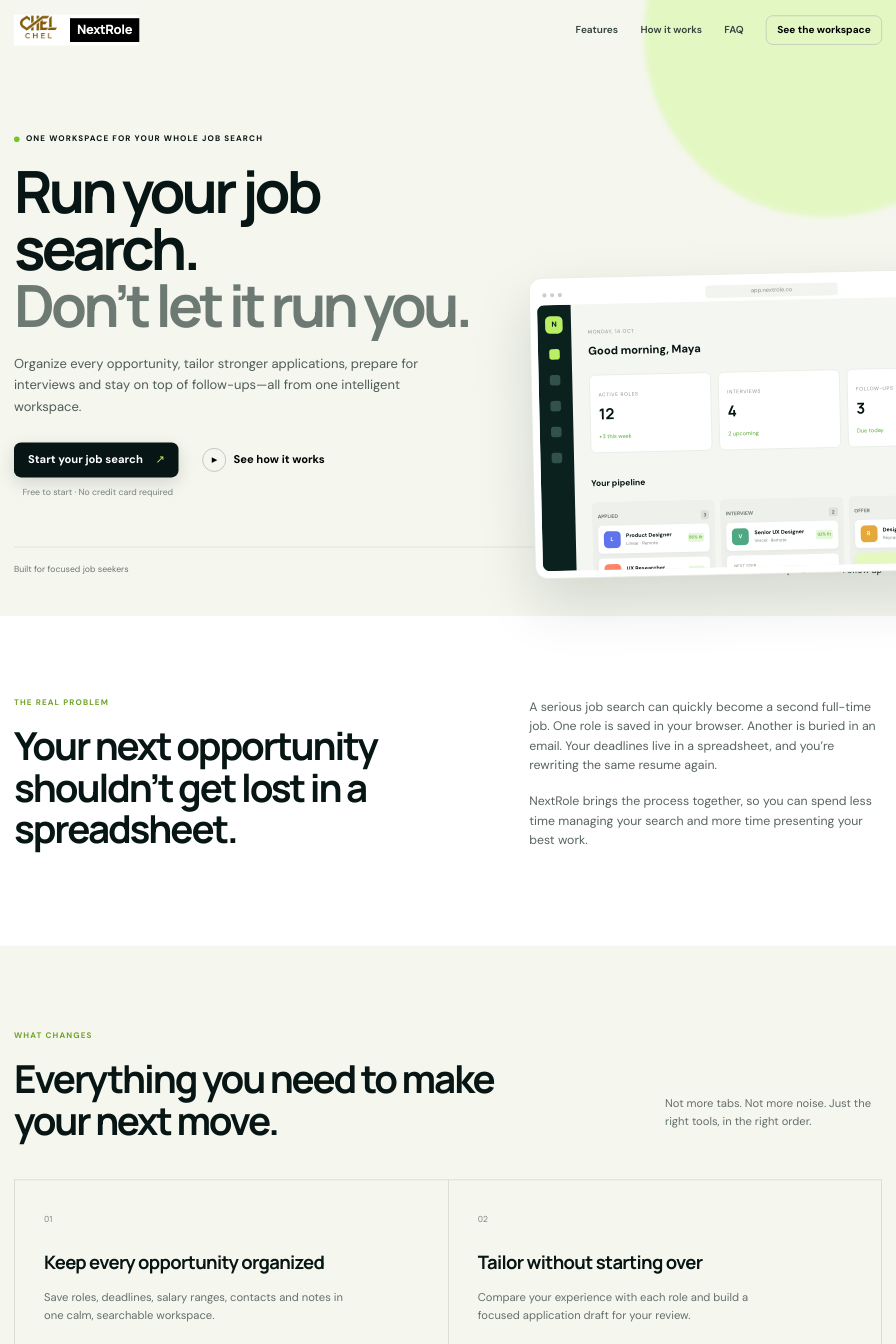
Repository: Lovethrech/NextRole-Nuxt-Portfolio
Page: /
These files come from the project's save history. The page is drawn as it stood at one moment and after the next save; the edit follows.
The browser window is 1280 px wide. The pictures show the part of the page from y = 0 to 1920 px (the page is 5240 px tall), at 70% of full size.
The project was rebuilt for these pictures with package versions that can differ from the ones it lists, and the page was loaded fresh each time. The framework's server and built-in components were replaced by stand-ins that run in the browser. Also part of the build but not shown: nuxt.config.js.

Above is the page before, as saved 2026-09-12 16:33:30.

### assets/css/main.css
:root{
    --ink:#071514;
    --deep:#0d2421;
    --green:#b9ef63;
    --mint:#ddffc8;
    --paper:#f5f6ee;
    --white:#fff;
    --line:#d9ddd1;
    --muted:#65706c;
    --orange:#ff8a61;
    --blue:#6579ff;
    font-family:'DM Sans',sans-serif;
    color:var(--ink);
    background:var(--paper);
    font-synthesis:none;
}
*{
    box-sizing:border-box;
}
html{
    scroll-behavior:smooth;
}
body{
    margin:0;
    padding: 0;
    background:var(--paper);
    font-size:16px;
    line-height:1.6;
}
button,a{
    font:inherit;
}
button{
    cursor:pointer;
}
a{
    color:inherit;
    text-decoration:none;
}
.container{
    width:min(1580px,calc(100% - 40px));
    margin-inline:auto;
}
.site-shell{
    overflow:hidden;
}
.nav-wrap{
    position:absolute;
    inset:0 0 auto;
    z-index:20;
}
.nav{
    height:86px;
    display:flex;
    align-items:center;
    justify-content:space-between;
}
/* BRAND LOGO */
/* START */
.brand-logo-ctn{
    width: 70px;
}
.brand-logo-ctn img{
    width:100%;
}
#brand-sub-name{
    margin:auto 0;
    padding:2px 10px;
    background-color: #000000;
    color:#ffffff;
}

/* END */
.brand{
    background-color: #ffffff;
    display:flex;
    align-items:center;
    gap:10px;
    font-family:Manrope,sans-serif;
    font-weight:800;
    font-size:1.15rem;
    letter-spacing:-.03em;
}
.brand-mark{
    width:32px;
    height:32px;
    border-radius:9px;
    background:var(--ink);
    color:var(--green);
    display:grid;
    place-items:center;
    font-size:.9rem;
}
.nav-links{
    display:flex;
    align-items:center;
    gap:32px;
    font-weight:600;
    font-size:.9rem;
}
.nav-links>a{
    color:#33423f;
}
.button{
    border:0;
    display:inline-flex;
    align-items:center;
    justify-content:center;
    gap:18px;
    border-radius:10px;
    padding:15px 20px;
    font-weight:700;
    line-height:1.2;
    transition:transform .2s,box-shadow .2s;
}
.button:hover{
    transform:translateY(-2px);
}
.button-small{
    padding:11px 15px;
}
.button-ghost{
    border:1px solid #b9c0b5;
    background:transparent;
}
.button-primary{
    background:var(--ink);
    color:#fff;
    box-shadow:0 8px 24px #07151424;
}
.button-primary span,.button-light span{
    color:var(--green);
}
.button-light{
    background:#fff;
    color:var(--ink);
}
.menu-button{
    display:none;
}
.hero{
    min-height:880px;
    padding-top:178px;
    position:relative;
}
.hero:before{
    content:'';
    position:absolute;
    width:520px;
    height:520px;
    border-radius:50%;
    background:#dff8b9;
    filter:blur(4px);
    right:-180px;
    top:-210px;
    opacity:.8;
}
.hero-copy{
    width:56%;
    position:relative;
    z-index:2;
}
.eyebrow,.section-kicker{
    font-size:.72rem;
    font-weight:800;
    letter-spacing:.14em;
    text-transform:uppercase;
    display:flex;
    align-items:center;
    gap:9px;
}
.eyebrow span{
    width:8px;
    height:8px;
    border-radius:50%;
    background:#75c525;
}
.hero h1{
    font-family:Manrope,sans-serif;
    font-size:clamp(3.4rem,6.5vw,6.15rem);
    line-height:.98;
    letter-spacing:-.065em;
    margin:24px 0 28px;
    font-weight:700;
}
.hero h1 em{
    font-style:normal;
    color:#6d7a74;
}
.hero-lede{
    font-size:1.16rem;
    line-height:1.65;
    color:#4e5d58;
    max-width:630px;
}
.hero-actions{
    display:flex;
    align-items:center;
    gap:28px;
    margin-top:36px;
}
.text-link{
    border:0;
    background:none;
    font-weight:700;
    display:flex;
    align-items:center;
    gap:10px;
}
.play{
    border:1px solid #aeb6ac;
    border-radius:50%;
    width:34px;
    height:34px;
    display:grid;
    place-items:center;
    font-size:.65rem;
}
.microcopy{
    font-size:.78rem;
    color:#77817d;
    margin:12px 0 0 12px;
}
.dashboard-frame{
    position:absolute;
    z-index:3;
    width:660px;
    right:-160px;
    top:390px;
    background:#fff;
    padding:10px;
    border-radius:18px;
    box-shadow:0 35px 80px #0c2b2226;
    transform:rotate(-1.3deg);
    border:1px solid #e5e9df;
}
.frame-bar{
    height:28px;
    display:flex;
    align-items:center;
    gap:5px;
    padding:0 8px;
}
.frame-bar span{
    width:6px;
    height:6px;
    background:#cad0c7;
    border-radius:50%;
}
.frame-bar p{
    font-size:.52rem;
    background:#f2f4ef;
    color:#8b948f;
    padding:2px 65px;
    border-radius:4px;
    margin:auto;
}
.dash{
    height:380px;
    display:flex;
    background:#f4f6f1;
    border-radius:10px;
    overflow:hidden
}
.dash-side{
    width:52px;
    background:#0b211e;
    display:flex;
    flex-direction:column;
    align-items:center;
    gap:22px;
    padding-top:16px;
}
.mini-brand{
    width:25px;
    height:25px;
    border-radius:7px;
    background:var(--green);
    display:grid;
    place-items:center;
    font-size:.65rem;
}
.dash-side i{
    width:15px;
    height:15px;
    border-radius:4px;
    background:#33514b;
}
.dash-side i.active{
    background:var(--green);
}
.dash-main{
    padding:24px;
    width:100%;
}
.dash-top{
    display:flex;
    justify-content:space-between;
    align-items:center;
}
.dash-top small,.stat-grid small{
    font-size:.45rem;
    letter-spacing:.11em;
    color:#88918d;
}
.dash-top h3{
    font-size:1rem;
    margin:4px 0;
}
.avatar{
    width:30px;
    height:30px;
    border-radius:50%;
    background:#e4c6a5;
    display:grid;
    place-items:center;
    font-size:.55rem;
    font-weight:800;
}
.stat-grid{
    display:grid;
    grid-template-columns:repeat(3,1fr);
    gap:10px;
    margin:18px 0
}
.stat-grid>div{
    padding:12px;
    border-radius:8px;
    background:#fff;
    border:1px solid #e4e8e1;
}
.stat-grid strong{
    display:block;
    font-family:Manrope;
    font-size:1.35rem;
}
.stat-grid span{
    font-size:.5rem;
    color:#59a733;
}
.pipeline-head{
    display:flex;
    justify-content:space-between;
    align-items:center;
}
.pipeline-head h4{
    font-size:.76rem;
}
.pipeline-head button{
    font-size:.55rem;
    border:0;
    background:#0b211e;
    color:white;
    padding:6px 9px;
    border-radius:5px;
}
.pipeline{
    display:grid;
    grid-template-columns:repeat(3,1fr);
    gap:8px;
}
.lane{
    background:#edf0eb;border-radius:7px;padding:8px}.lane>p{font-size:.45rem;font-weight:800;color:#6b7570
}
.lane>p b{
    float:right;
    background:#dce2da;
    padding:1px 4px;
    border-radius:3px;
}
.lane article{
    background:#fff;
    padding:8px;
    margin-top:7px;
    border-radius:6px;
    display:grid;
    grid-template-columns:26px 1fr auto;
    gap:6px;
    align-items:center;
    box-shadow:0 2px 7px #1933290b;
}
.company-icon{width:24px;height:24px;display:grid;place-items:center;border-radius:6px;font-size:.5rem;font-weight:800;color:white;
}.cobalt{background:#5f73ed;
}.coral{background:#ff8567;
}.mint{background:#4fa884;
}.gold{background:#e5a83a;
}.lane article strong{font-size:.48rem;display:block;
}.lane article small{font-size:.4rem;color:#7f8984;display:block;
}.lane article mark{font-size:.38rem;background:#e5f8d7;color:#55982d;border-radius:3px;padding:2px;
}.lane article.task,.lane article.celebrate{display:block;padding:10px;
}.lane .task span{font-size:.42rem;color:#dd6d49;
}.lane .celebrate{background:#e4f8bf;
}.lane .celebrate>span{font-size:.9rem;color:#62a329;
}
.hero-proof{
    position:absolute;
    bottom:56px;
    left:0;
    right:0;
    border-top:1px solid var(--line);
    padding-top:22px;
    display:flex;
    justify-content:space-between;
    color:#6d7873;
    font-size:.78rem;
}
.hero-proof p{display:flex;align-items:center;gap:24px;margin:0;
}
.hero-proof b{font-family:Manrope;color:#4a5853;
}
.hero-proof i{width:4px;height:4px;background:#9aa49f;border-radius:50%;
}
.problem-section{background:#fff;padding:115px 0;
}
.problem-grid{display:grid;grid-template-columns:1.1fr .9fr;gap:120px;
}
.section-kicker{color:#71a22a;margin:0 0 22px;
}
.problem-grid h2,.section-heading h2,.how-copy h2,.control-copy h2,.faq h2,.final-cta h2{font-family:Manrope;font-size:clamp(2.3rem,4.3vw,4.5rem);line-height:1.08;letter-spacing:-.055em;margin:0;
}
.problem-copy{font-size:1.1rem;color:#58645f;
}
.problem-copy p{margin:0 0 22px;
}
.features{padding:120px 0;
}
.section-heading{display:flex;justify-content:space-between;align-items:end;margin-bottom:55px;
}
.section-heading h2{max-width:710px;
}
.section-heading>p{max-width:310px;color:#65706c;
}
.benefit-grid{display:grid;grid-template-columns:repeat(2,1fr);border-top:1px solid #cfd5cb;border-left:1px solid #cfd5cb;
}
.benefit-card{min-height:315px;padding:42px;border-right:1px solid #cfd5cb;border-bottom:1px solid #cfd5cb;position:relative;transition:background .25s,transform .25s;
}
.benefit-card:hover{background:#fff;transform:translateY(-3px);
}
.benefit-card>span{font-family:Manrope;font-size:.75rem;color:#89928e;
}
.benefit-card h3{font-family:Manrope;font-size:1.65rem;letter-spacing:-.035em;margin:28px 0 12px;
}
.benefit-card p{color:#65706c;max-width:440px;
}
.benefit-card strong{position:absolute;bottom:38px;color:#3f6c18;font-size:.85rem;
}
.how-section{background:var(--deep);color:#fff;padding:120px 0;
}
.how-grid{display:grid;grid-template-columns:.85fr 1.15fr;gap:130px;
}
.section-kicker.light{color:var(--green);
}
.how-copy>p:not(.section-kicker){color:#afbfba;font-size:1.05rem;max-width:430px;margin:26px 0 36px;
}
.steps{list-style:none;padding:0;margin:0;
}
.steps li{display:grid;grid-template-columns:60px 1fr;gap:20px;border-top:1px solid #35504b;padding:27px 0;
}
.steps li:last-child{border-bottom:1px solid #35504b;
}
.steps>li>span{color:var(--green);font:700 .75rem Manrope;
}
.steps h3{font:700 1.25rem Manrope;margin:0 0 6px;
}
.steps p{color:#9fb1ab;margin:0;
}
.control{padding:120px 0;
}
.control-card{background:#fff;border-radius:24px;display:grid;grid-template-columns:1fr 1fr;overflow:hidden;box-shadow:0 22px 60px #1a35250c;
}
.control-visual{background:#dff3bf;min-height:560px;display:grid;place-items:center;padding:50px;
}
.document{width:330px;background:white;border-radius:12px;padding:32px;box-shadow:0 25px 50px #4167222c;transform:rotate(-2deg);
}
.doc-label{font-size:.55rem;letter-spacing:.14em;font-weight:800;
}
.document>i{height:7px;background:#e6eae3;border-radius:4px;display:block;margin-top:17px;
}
.document>i.short{width:60%;
}
.document>i.medium{width:80%;
}
.suggestion{display:flex;gap:12px;background:#f3fae9;border:1px solid #cce9a6;padding:14px;border-radius:8px;margin:22px -12px;
}
.suggestion b{color:#599825;
}
.suggestion p{margin:0;
}
.suggestion strong{font-size:.72rem;display:block;
}
.suggestion small{font-size:.6rem;color:#6c776f;
}
.control-copy{padding:70px;display:flex;flex-direction:column;justify-content:center;
}
.control-copy>p:not(.section-kicker){color:#66716c;font-size:1.05rem;
}
.control-copy ul{list-style:none;padding:0;margin:18px 0 0;
}
.control-copy li{padding:12px 0;border-top:1px solid #e4e8e0;font-weight:600;
}
.control-copy li:before{content:'✓';display:inline-grid;place-items:center;margin-right:12px;width:23px;height:23px;border-radius:50%;background:#e5f7cd;color:#4e861e;font-size:.75rem;
}
.faq{padding:40px 0 120px;display:grid;grid-template-columns:.75fr 1.25fr;gap:120px;
}
.faq h2{font-size:3.2rem;
}
.accordion details{border-top:1px solid #cdd3ca;padding:24px 0;
}
.accordion details:last-child{border-bottom:1px solid #cdd3ca;
}
.accordion summary{list-style:none;font:700 1.05rem Manrope;display:flex;justify-content:space-between;cursor:pointer;
}
.accordion summary::-webkit-details-marker{display:none;
}
.accordion summary span{font-size:1.4rem;font-weight:400;
}
.accordion details[open] summary span{transform:rotate(45deg);
}
.accordion details p{color:#64706a;max-width:620px;margin:16px 40px 0 0;
}
.final-cta{background:#102c28;color:#fff;border-radius:28px;min-height:500px;padding:75px;display:grid;grid-template-columns:1.1fr .9fr;align-items:center;position:relative;overflow:hidden;
}
.final-cta h2{max-width:700px;
}
.final-cta p{color:#b2c0bc;
}
.final-cta small{display:block;color:#8ca19b;margin:12px;
}
.final-cta .button{margin-top:15px;
}
.orbit{height:350px;position:relative;display:grid;place-items:center;
}
.orbit span{position:absolute;border:1px solid #54716a;border-radius:50%;
}
.orbit-one{width:290px;height:290px;
}
.orbit-two{width:200px;height:200px;
}
.orbit b{width:95px;height:95px;border-radius:26px;background:var(--green);color:var(--deep);display:grid;place-items:center;font:800 2.2rem Manrope;box-shadow:0 0 70px #b9ef6352;
}
.footer{min-height:140px;display:flex;align-items:center;justify-content:space-between;gap:30px;font-size:.75rem;color:#79827e;
}
.footer p{max-width:480px;text-align:center;
}
.modal-backdrop{position:fixed;inset:0;background:#061411cc;backdrop-filter:blur(8px);z-index:50;display:grid;place-items:center;padding:20px;
}
.modal{width:min(550px,100%);background:var(--paper);border-radius:22px;padding:44px;position:relative;
}
.modal h2{font:700 2.25rem/1.1 Manrope;letter-spacing:-.05em;margin:0;
}
.modal>p:not(.section-kicker){color:#63706a;
}
.modal-close{position:absolute;right:20px;top:15px;border:0;background:none;font-size:2rem;
}
.modal-list{margin:28px 0;
}
.modal-list>span{float:left;color:#6b9c2a;font:bold .7rem Manrope;margin-top:5px;
}
.modal-list p{margin:0 0 18px 35px;
}
.modal-list b,.modal-list small{display:block;
}
.modal-list small{color:#68746e;
}
.fade-enter-active,.fade-leave-active{transition:opacity .2s;
}
.fade-enter-from,.fade-leave-to{opacity:0;
}

@media(max-width:900px){
    .nav-wrap{position:absolute;
    }
    .menu-button{display:flex;flex-direction:column;gap:5px;border:0;background:none;padding:10px;
    }
    .menu-button span{width:23px;height:2px;background:var(--ink);
    }
    .nav-links{display:none;position:absolute;top:72px;left:20px;right:20px;background:white;padding:24px;border-radius:14px;box-shadow:0 20px 50px #172c2424;flex-direction:column;align-items:stretch;
    }
    .nav-links.open{display:flex;
    }
    .hero{padding-top:145px;min-height:auto;padding-bottom:80px;
    }
    .hero-copy{width:100%;
    }
    .hero h1{font-size:clamp(3rem,11vw,5rem);
    }
    .dashboard-frame{position:relative;top:auto;right:auto;width:100%;margin-top:55px;transform:none;
    }
    .hero-proof{position:relative;bottom:auto;margin-top:50px;
    }
    .problem-grid,.how-grid,.faq{grid-template-columns:1fr;gap:50px;
    }
    .section-heading{display:block;
    }
    .benefit-grid{grid-template-columns:1fr;
    }
    .control-card{grid-template-columns:1fr;
    }
    .control-visual{min-height:420px;
    }
    .final-cta{grid-template-columns:1fr;
    }
    .orbit{display:none;
    }
    .footer{flex-direction:column;text-align:center;padding:50px 0;
    }
}

@media(max-width:600px){
    .container{width:min(100% - 28px,1180px);
    }
    .hero h1{font-size:3.25rem;
    }
    .hero-actions{align-items:flex-start;flex-direction:column;gap:18px;
    }
    .dashboard-frame{width:720px;transform:scale(.47);transform-origin:top left;margin-bottom:-200px;
    }
    .hero-proof{display:block;
    }
    .hero-proof p{margin-top:12px;gap:12px;flex-wrap:wrap;
    }
    .problem-section,.features,.how-section,.control{padding:80px 0;
    }
    .problem-grid h2,.section-heading h2,.how-copy h2,.control-copy h2,.faq h2,.final-cta h2{font-size:2.45rem;
    }
    .benefit-card{padding:28px;min-height:300px;
    }
    .how-grid{gap:55px;
    }
    .control-visual{padding:30px;min-height:380px;
    }
    .document{width:280px;
    }
    .control-copy{padding:38px 28px;
    }
    .faq{padding:10px 0 80px;gap:40px;
    }
    .final-cta{padding:48px 26px;min-height:520px;border-radius:20px;
    }
    .footer{align-items:center;
    }
    .modal{padding:36px 24px;
    }
    .modal h2{font-size:2rem;
    }
}

Loaded but not shown: app.vue (138 lines, source omitted)

After the next save:
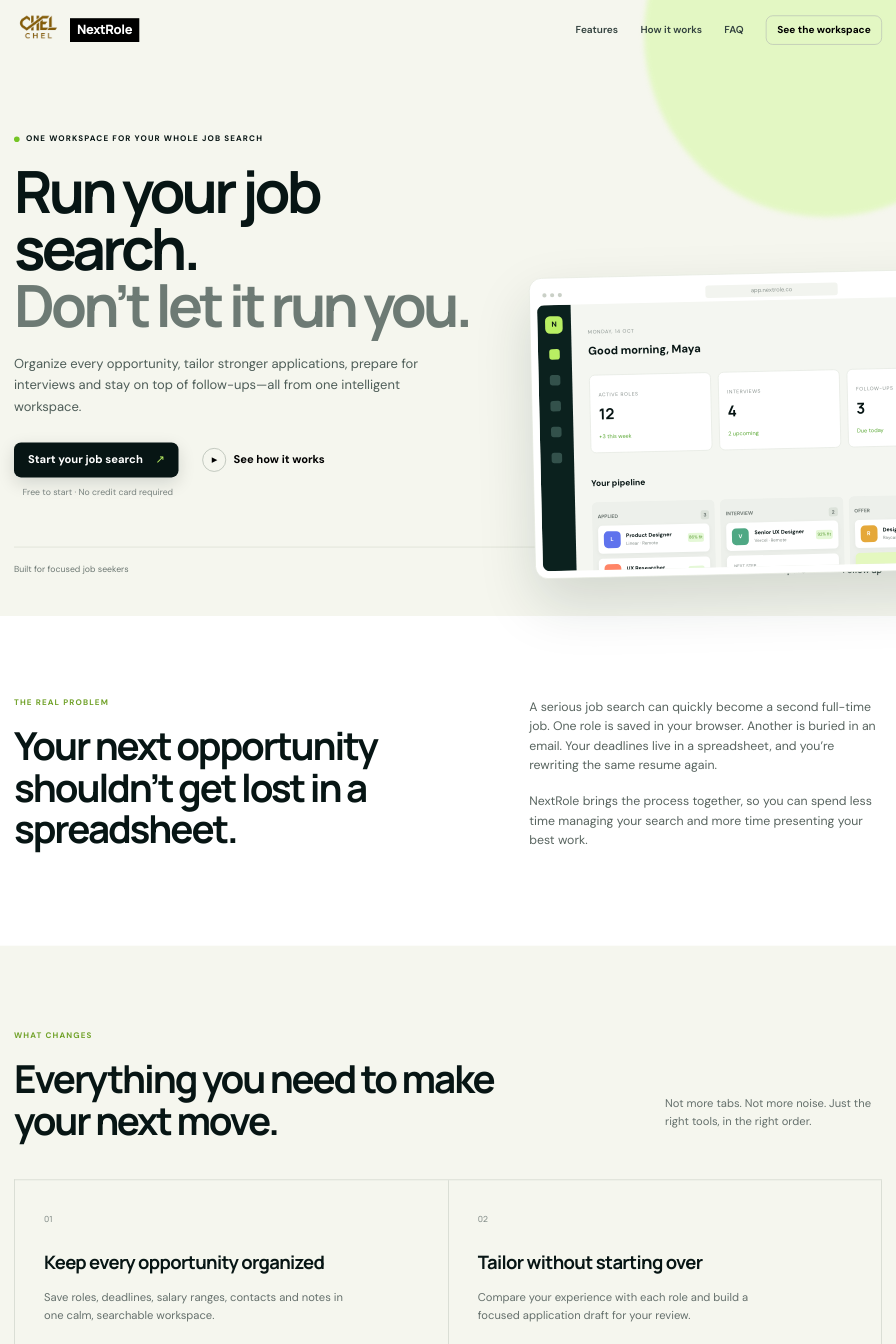
Saved 9 s later.
--- a/assets/css/main.css
+++ b/assets/css/main.css
@@ -72,7 +72,7 @@
 
 /* END */
 .brand{
-    background-color: #ffffff;
+    background-color: ;
     display:flex;
     align-items:center;
     gap:10px;
